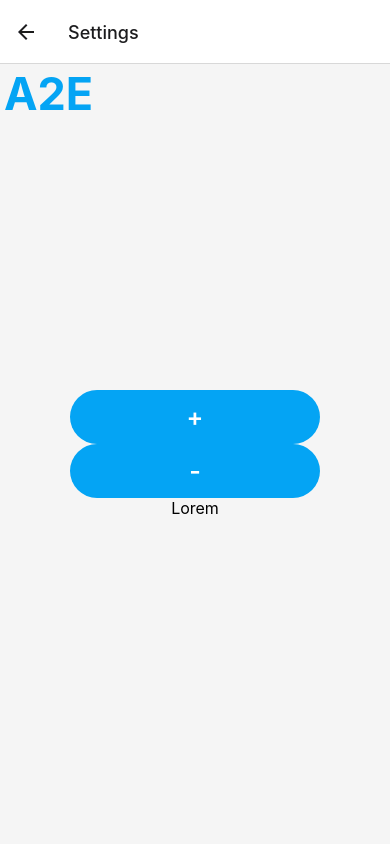
Repository: amartinM1/A2E-UI
Page: /Settings
An editor plug-in stored every save of this project. The page is shown before and after the next save, followed by the edit.
The browser window is 390 px wide. The pictures show the whole page.
The app was drawn by React Native's web renderer in a window 390 px wide. The project was rebuilt for these pictures with package versions that can differ from the ones it lists, and the page was loaded fresh each time. Some packages were replaced by stand-ins written for this rebuild. Also part of the build but not shown: pages/profile.js, server/server.js, pages/home.js.

Above is the page before, as saved 2023-02-16 12:02:58.

After the next save:
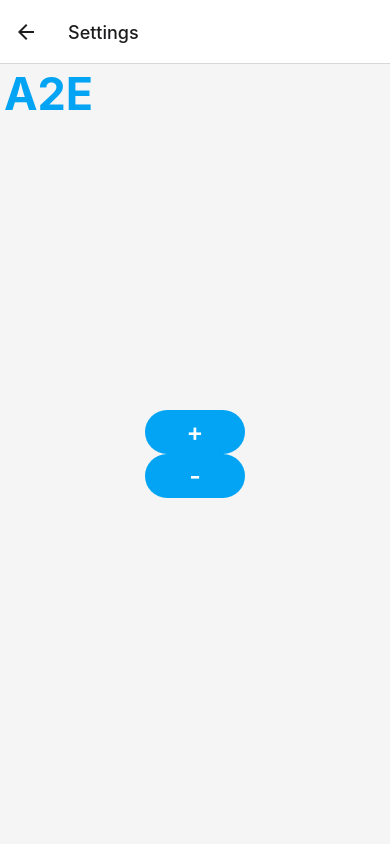
Saved 52 s later.
--- a/pages/settings.js
+++ b/pages/settings.js
@@ -39,7 +39,7 @@ function Settings({navigation}) {
                         -
                 </Button>
 
-                <Text style={{fontSize: `${fontSize}px` }}>Lorem</Text>
+
             </View>
         </View>
     );
@@ -74,9 +74,9 @@ const styles = StyleSheet.create({
     button: {
         alignItems: 'center',
         backgroundColor: '#04a4f4',
-        padding: 10,
-        borderRadius: 50,
-        width: 250,
+        padding: 5,
+        borderRadius: 30,
+        width: 100,
     },
     button_text: {
         marginBottom: 2,
